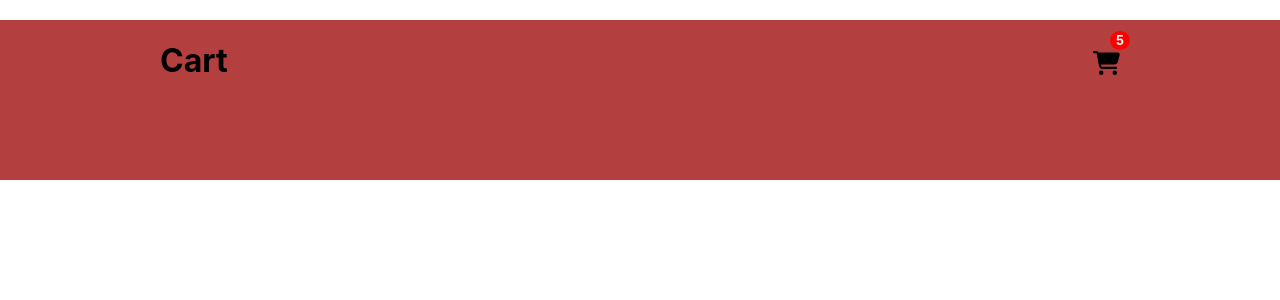
Repository: sriram1224/Cart-react-app
Page: /
The author's editor kept a copy of each file at every save. The page is drawn from the files as they stood at one save, then again after the next save.
The browser window is 1280 px wide. The pictures show the whole page.
The project was rebuilt for these pictures with package versions that can differ from the ones it lists, and the page was loaded fresh each time.

Above is the page before, as saved 2024-03-12 13:49:49.

### src/App.js
import Nav from "./Components/Nav.js"
import './App.css';

function App() {
  return (
    <div className="App">
      <Nav />
    </div>
  );
}

export default App;

### src/Components/Nav.js
import { FontAwesomeIcon } from '@fortawesome/react-fontawesome';
import { faShoppingCart } from '@fortawesome/free-solid-svg-icons';
import './Navbar.css';
const cartCount = 5;
function Navbar() {
  return (
      <div className="nav-container">
      <div className="cart">
          <div className="heading">
              <h1>
              Cart
              </h1>
          </div>
      <h1>
        <div className="cart-icon-container">
          <FontAwesomeIcon icon={faShoppingCart} className="cart-icon" />
          {cartCount > 0 && (
            <span className="cart-count">{cartCount}</span>
          )}
        </div>

      </h1>
    </div>
      </div>
  );
}

export default Navbar;

### src/Components/Navbar.css
.cart-icon-container {
    position: relative;
    display: inline-block;
}

.cart-icon {
    font-size: 1.5rem;
    /* Adjust the size as needed */
}

.cart-count {
    position: absolute;
    top: -10px;
    /* Adjust the vertical positioning */
    right: -10px;
    /* Adjust the horizontal positioning */
    background-color: red;
    color: white;
    border-radius: 50%;
    padding: 2px 6px;
    font-size: 0.8rem;
    /* Adjust the font size as needed */
}

.cart{
    display: flex;
    justify-content: space-between;
    margin: 20px 10rem;
    align-items: center;

}

.heading{
text-align: center;
}

.nav-container{
    width: 100%;
    height: 10rem;
    background-color:rgb(179, 63, 63)
}

Loaded but not shown: public/index.html (common file); src/index.js (common file); src/index.css (common file); src/reportWebVitals.js (common file); src/App.css (common file)

After the next save:
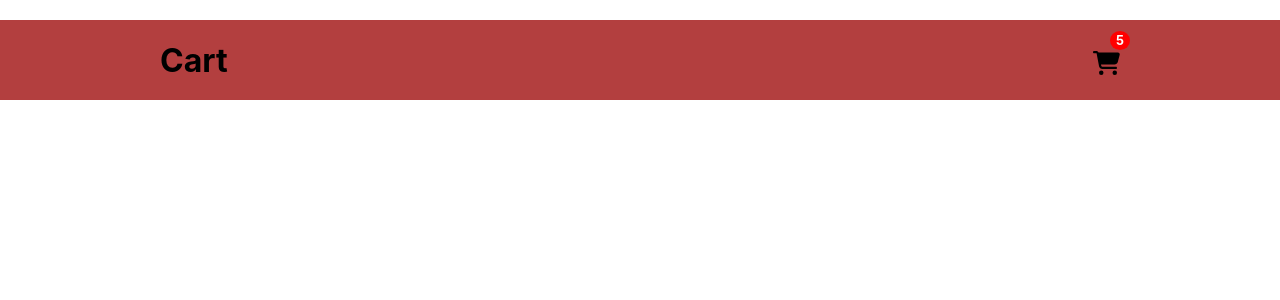
Saved 11 s later.
--- a/src/Components/Navbar.css
+++ b/src/Components/Navbar.css
@@ -36,6 +36,6 @@ text-align: center;
 
 .nav-container{
     width: 100%;
-    height: 10rem;
+    height: 5rem;
     background-color:rgb(179, 63, 63)
 }
